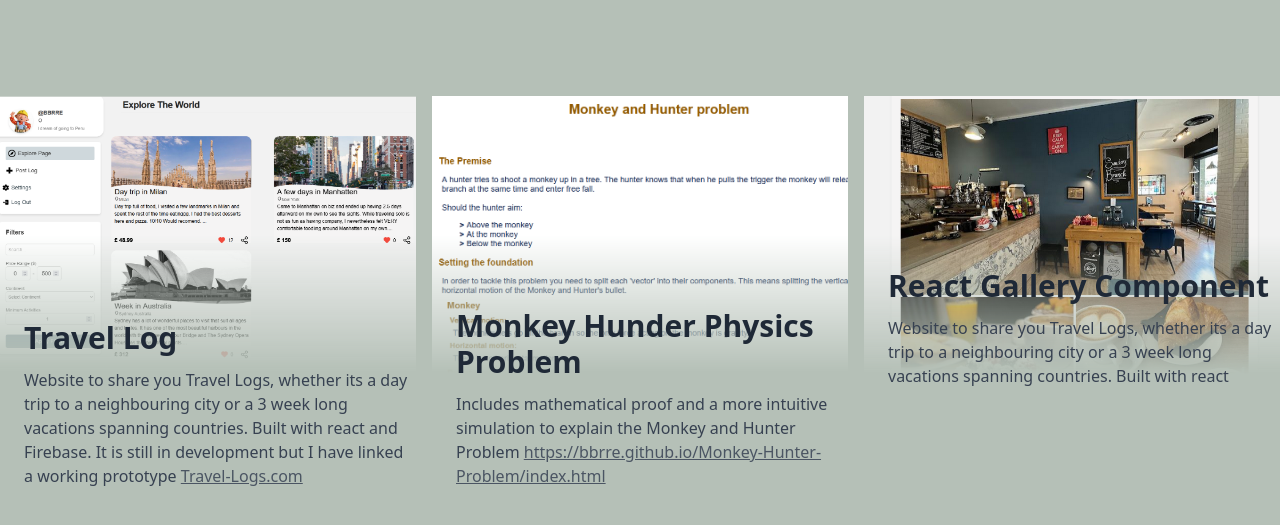
Repository: BBRRE/Portfolio-V2
Page: /#/Computer-Sci
These files come from the project's save history. The page is drawn as it stood at one moment and after the next save; the edit follows.
The browser window is 1280 px wide. The pictures show the whole page.
Some web fonts or font styles are not loaded; a fallback is used. The project was rebuilt for these pictures with package versions that can differ from the ones it lists, and the page was loaded fresh each time. Also part of the build but not shown: vite.config.js, src/Subjects/Archi.jsx, src/Subjects/EEng.jsx, src/Subjects/Other.jsx, src/Projects Overview.jsx, src/HomePage.jsx, src/ErrorBoundary.jsx.

Above is the page before, as saved 2024-11-29 09:15:55.

After the next save:
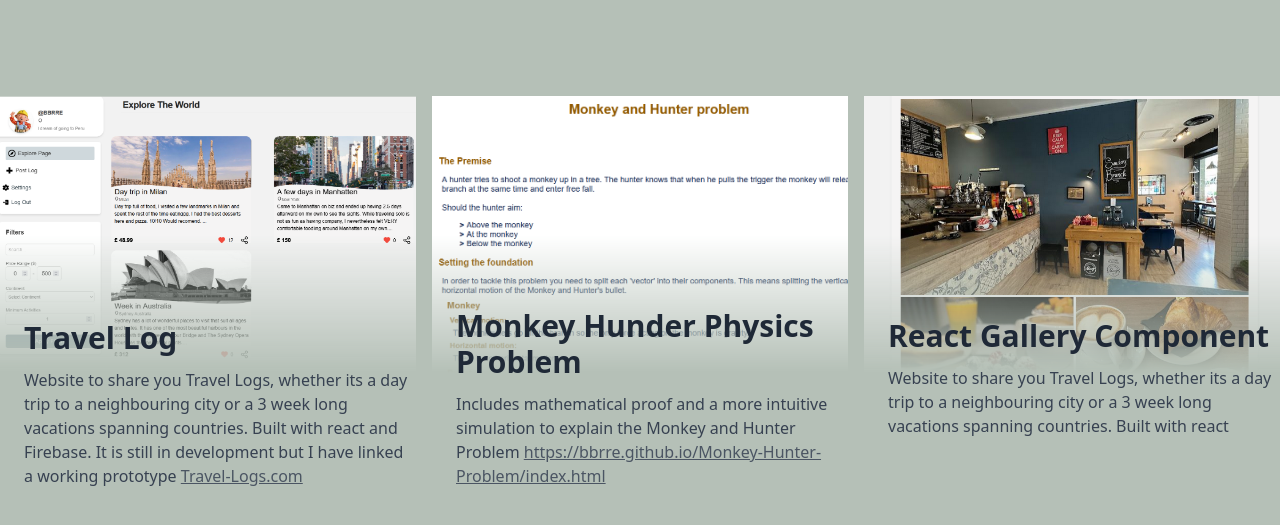
Saved 5 s later.
--- a/src/Subjects/CompSci.jsx
+++ b/src/Subjects/CompSci.jsx
@@ -30,7 +30,7 @@ const CompSci = () => {
         </div>
       </div>
 
-      <div className='relative mx-auto mt-24 w-[700px] h-[300px]'>
+      <div className='relative mx-auto mt-24 w-[700px] h-[350px]'>
         <img src={tr} style={{ WebkitMaskImage: 'linear-gradient(to top, transparent 0%, black 50%)' }} />
         <div className=" absolute bottom-2 left-2 flex flex-col ml-4 gap-3 justify-center">
           <h2 className=" text-left text-xl md:text-2xl lg:text-3xl font-semibold text-gray-800">
